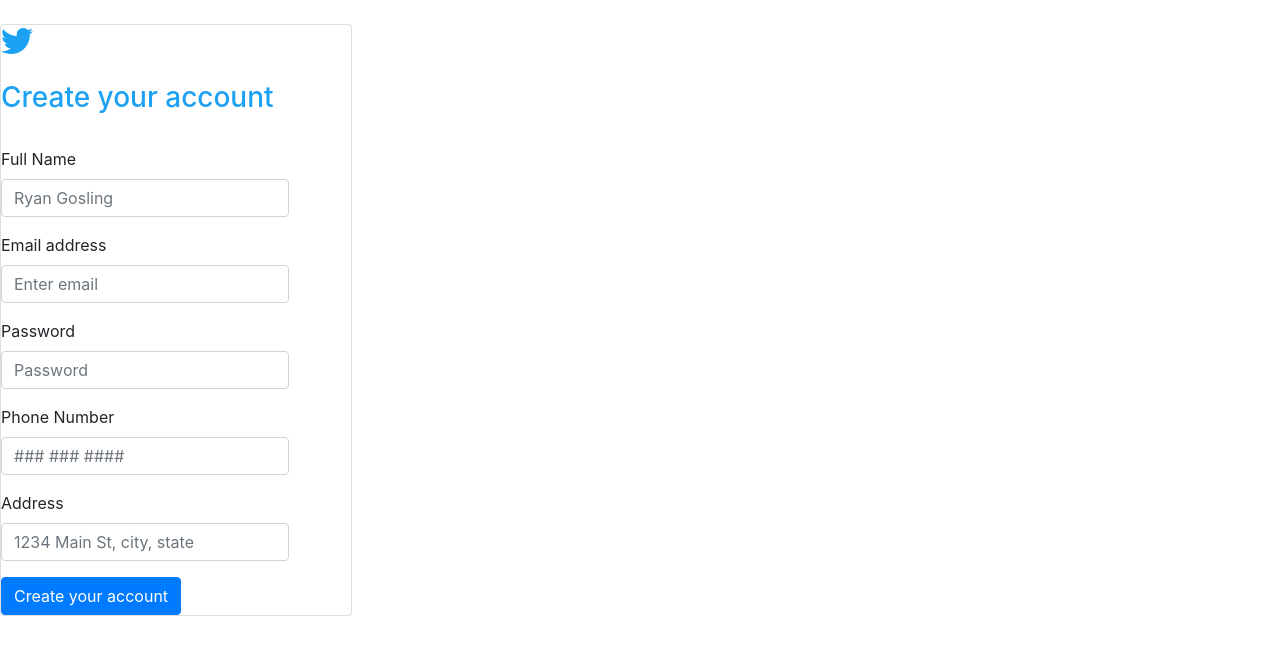
Repository: kavyashree088/AAKKS
Page: /Signup (app in Frontend/)
An editor plug-in stored every save of this project. The page is shown before and after the next save, followed by the edit.
The browser window is 1280 px wide. The pictures show the whole page.
Some web libraries are served in a nearby version. The project was rebuilt for these pictures with package versions that can differ from the ones it lists, and the page was loaded fresh each time. Also part of the build but not shown: Frontend/src/CSS/navbar.css, Frontend/src/Components/Home.js, Frontend/src/CSS/LandingPage.css, Frontend/src/Components/LandingPage/LandingPage.js.

Above is the page before, as saved 2019-11-16 14:08:47.

After the next save:
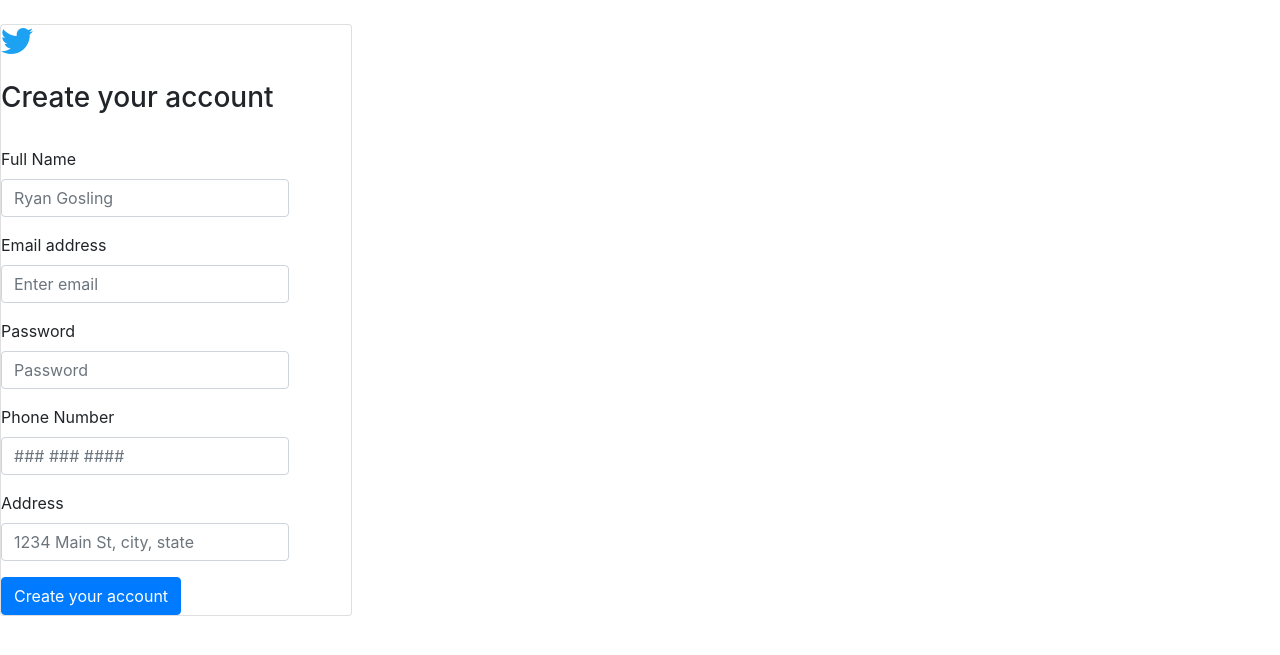
Saved 36 s later.
--- a/Frontend/src/Components/LandingPage/Signup.js
+++ b/Frontend/src/Components/LandingPage/Signup.js
@@ -120,7 +120,7 @@
                         <br></br>
 
 
-                        <h3 className = "fontColor">Create your account</h3>
+                        <h3>Create your account</h3>
                         <br></br>
                         <center>
                             <Form style={{ width: '18rem' }}>
